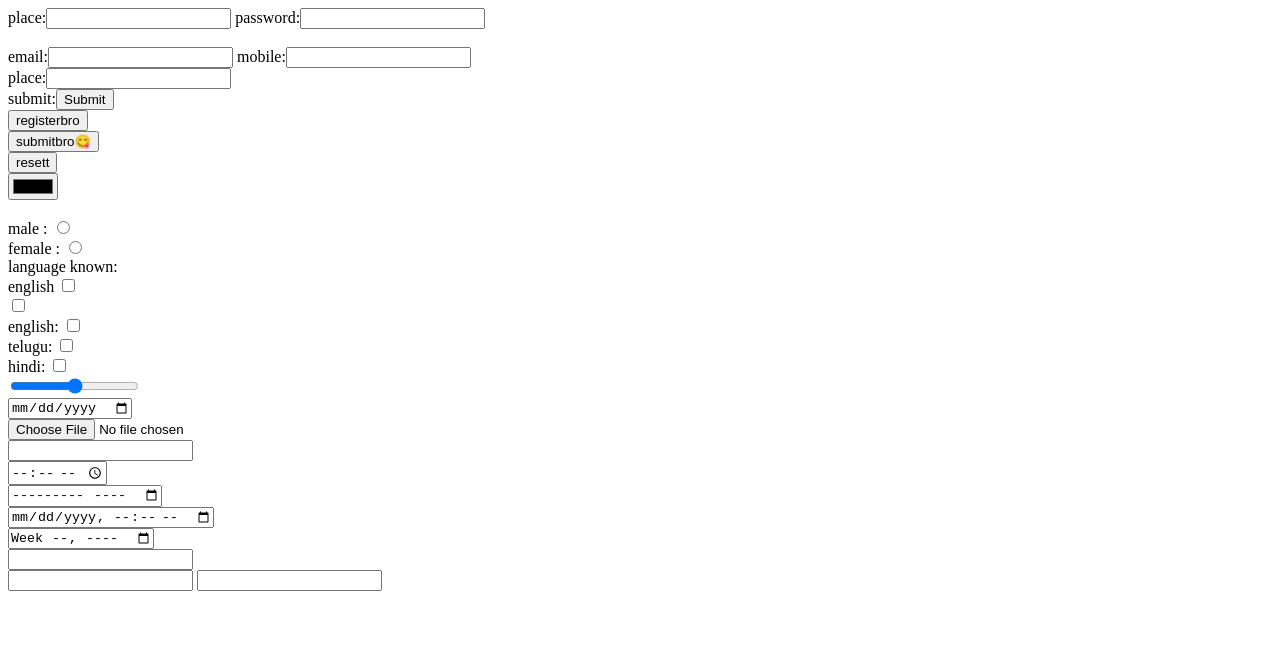
Repository: viveknaidu007/repo-113-HTML
Page: 9.html
These files come from the project's save history. The page is drawn as it stood at one moment and after the next save; the edit follows.
The browser window is 1280 px wide. The pictures show the whole page.

Above is the page before, as saved 2024-06-15 21:41:05.

### 9.html
<!DOCTYPE html>
<html>
    <head>
        <title> forms demo</title>
    </head>

    <body>
        <form action="response.html">
            place:<input type="text">
            password:<input type="password"> <br> <br>
            email:<input type="email">
            mobile:<input type="tel"> <br>
            place:<input type="number"> <br>
            submit:<input type="submit"> <br>
            <input type="submit" value="registerbro"> <br>
            <input type="submit" value="submitbro😋"> <br>
            <input type="reset" value="resett">  <br>
            <input type="color"> <br>
            <input type="hidden"> <br>
            male : <input type="radio" name="gender"> <br>
            female : <input type="radio" name="gender"> <br>
            language known: <br>
            english <input type="checkbox"> <br>
            <input type="checkbox"> <br>
            english: <input type="checkbox"> <br>
            telugu: <input type="checkbox"> <br>
            hindi: <input type="checkbox"> <br>

            <input type="range"> <br>
            <input type="date"> <br>
            <input type="file"> <br>
            <input type="search"> <br>
            <input type="time"> <br>
            <input type="month"> <br>
            <input type="datetime-local"> <br>
            <input type="week"> <br>
            <input type="url"> <br>

            <input type="text" name="place" minlength="3" maxlength="10">
            <input type="password" required minlength="3" maxlength="10">
        </form>
    </body>
</html>

After the next save:
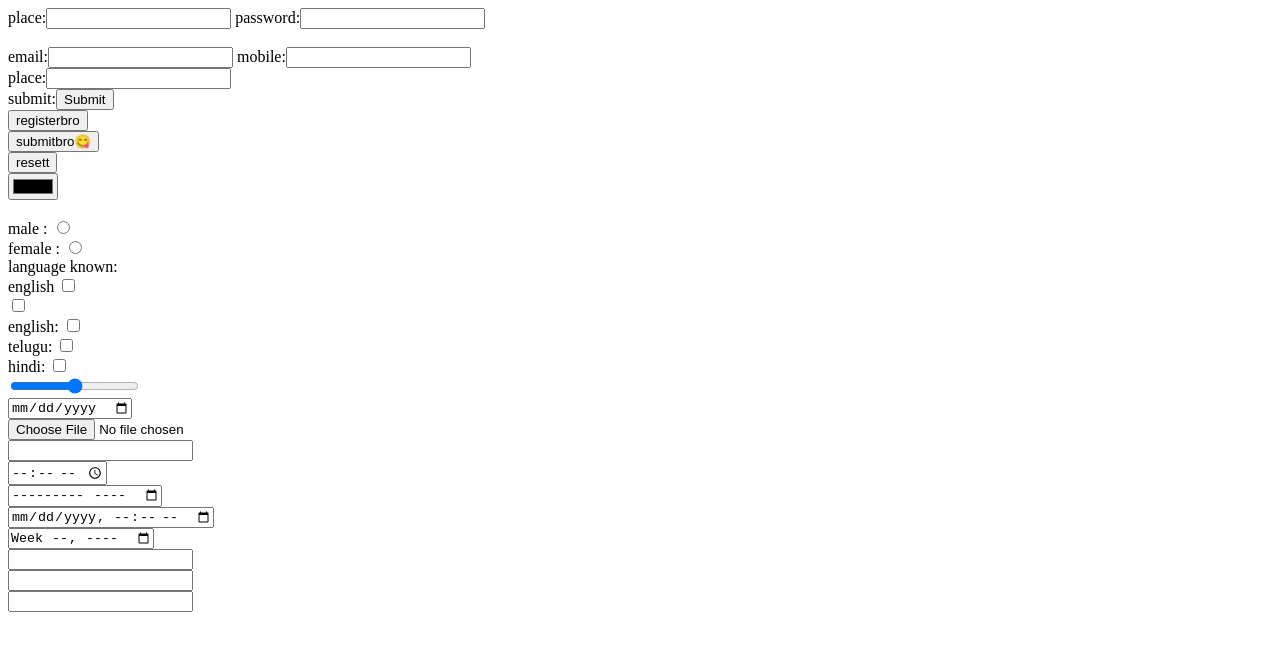
Saved 18 s later.
--- a/9.html
+++ b/9.html
@@ -36,8 +36,8 @@
             <input type="week"> <br>
             <input type="url"> <br>
 
-            <input type="text" name="place" minlength="3" maxlength="10">
-            <input type="password" required minlength="3" maxlength="10">
+            <input type="text" name="place" minlength="3" maxlength="10"> <br>
+            <input type="password" required minlength="3" maxlength="10"> <br>
         </form>
     </body>
 </html>
